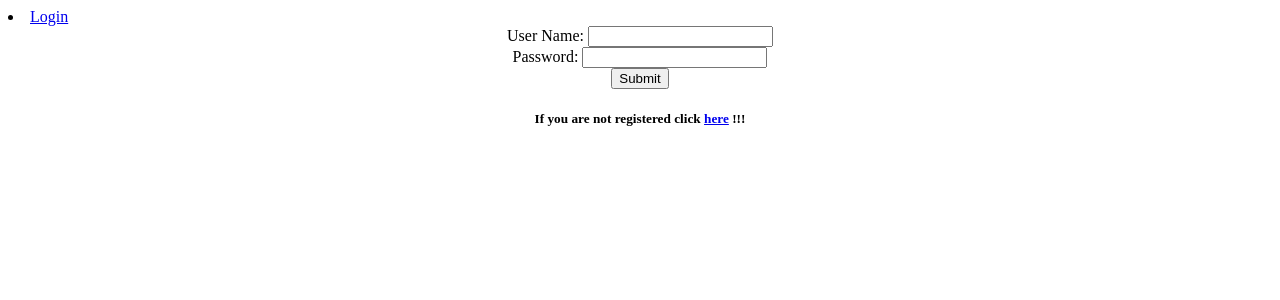
Repository: HariharanMiracle/CodeComplexity
Page: http://localhost/Paf_assignment/login.jsp
These files come from the project's save history. The page is drawn as it stood at one moment and after the next save; the edit follows.
The browser window is 1280 px wide. The pictures show the whole page.
The page is served by Tomcat 9. Other server files are loaded and not shown.

Above is the page before, as saved 2019-04-29 18:58:44.

### Paf_assignment/WebContent/login.jsp
<%@ page language="java" contentType="text/html; charset=ISO-8859-1"
    pageEncoding="ISO-8859-1"%>
<!DOCTYPE html>
<html>
<head>
<meta charset="ISO-8859-1">
<title>Insert title here</title>

</head>
<body>


							<li><a href="logReg.jsp">Login</a></li>


				<!-- Main Content -->
				<form action = "entry/Login/validate" method = "POST">
					<div style = "text-align: center;">
					<%
						try{
							String msg = "null";
							msg = request.getParameter("msg");
							if(!msg.equals("null")){
								%><h3 style = "color: red"><%=msg %></h3><%
							}
						}
						catch (Exception e){
							System.out.println("Error: " + e);
						}
					%>
						<label>User Name: </label>
						<input type = "text" name = "un"/><br/>
						<label>Password: </label>
						<input type = "password" name = "pw"/><br/>
						<input type = "submit" value = "Submit"/><br/>
						<h5>If you are not registered click <a href = "AddMember.jsp">here</a> !!!</h5>
					</div>
				</form>


</body>
</html>

After the next save:
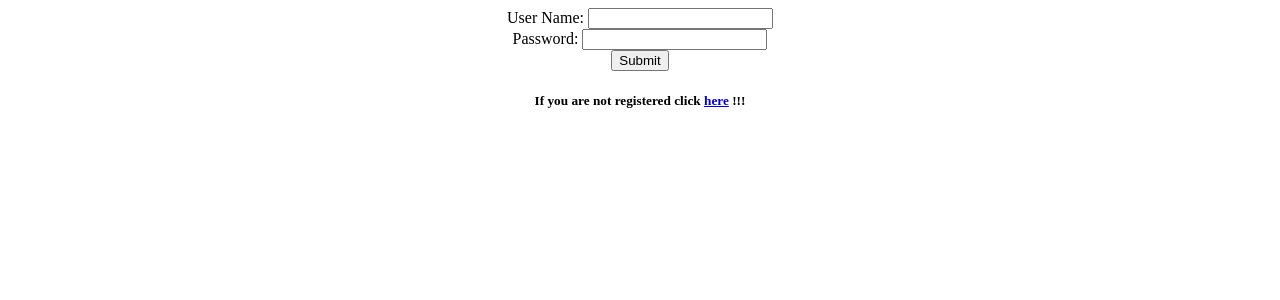
Saved 11 min 15 s later.
--- a/Paf_assignment/WebContent/login.jsp
+++ b/Paf_assignment/WebContent/login.jsp
@@ -8,11 +8,6 @@
 
 </head>
 <body>
-
-
-							<li><a href="logReg.jsp">Login</a></li>
-
-
 				<!-- Main Content -->
 				<form action = "entry/Login/validate" method = "POST">
 					<div style = "text-align: center;">
